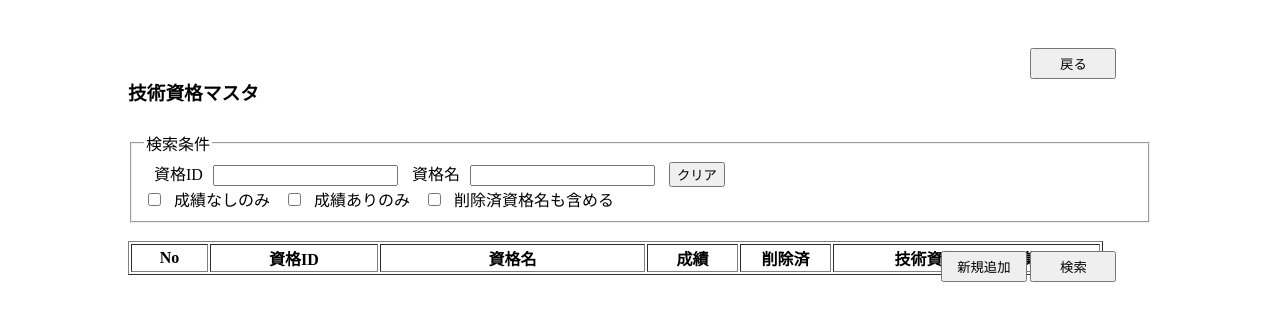
Repository: nguyenvantandev/WebApp
Page: http://localhost/EmployeeInfoSystem/SkillList.jsp
These files come from the project's save history. The page is drawn as it stood at one moment and after the next save; the edit follows.
The browser window is 1280 px wide. The pictures show the whole page.
Some web libraries are served in a nearby version. The page is served by Tomcat 9. Other server files are loaded and not shown.

Above is the page before, as saved 2016-06-06 05:53:59.
Console error: ReferenceError: skillList_load is not defined

### EmployeeInfoSystem/WebContent/SkillList.jsp
<%@ page language="java" contentType="text/html; charset=UTF-8"
	pageEncoding="UTF-8"%>
<%@taglib uri="http://java.sun.com/jsp/jstl/core" prefix="c"%>
<!DOCTYPE html PUBLIC "-//W3C//DTD HTML 4.01 Transitional//EN" "http://www.w3.org/TR/html4/loose.dtd">
<html>
<head>
<meta http-equiv="Content-Type" content="text/html; charset=UTF-8">
<link rel="stylesheet" type="text/css" href="css/SkillList.css">
<script type="text/javascript" src="js/SkillList.js"></script>
<script type="text/javascript"
	src="http://code.jquery.com/jquery-1.10.1.min.js"></script>
<title>技術資格マスタ一覧画面</title>
</head>
<body onload="skillList_load()">
	<form action="GijutsuShikakuMasterIchiran" method="post" id="SkillList"
		name="SkillList">
		<div>
			<input type="button" id="modoru" name="modoru" value="戻る"
				onclick="location.href='Menu.jsp'"><br>
			<h3>
				<b>技術資格マスタ</b>
			</h3>
			<fieldset>
				<legend>検索条件</legend>
				<label id="label_shikakuid">資格ID</label><input type="text"
					id="shikakuId" name="shikakuId" maxlength="6"
					style="ime-mode: disabled;"> <label id="label_shikakumei">資格名</label><input
					type="text" id="shikakumei" name="shikakumei" maxlength="80">
				<input type="button" id="kuria" name="kuria" value="クリア"
					onclick="kuria_click()"><br> <input type="checkbox"
					id="seisekinashi" name="seisekinashi"><label
					id="label_seisekinashi">成績なしのみ</label> <input type="checkbox"
					id="seisekiari" name="seisekiari"><label
					id="label_seisekiari">成績ありのみ</label> <input type="checkbox"
					id="sakujosumi" name="sakujosumi"><label
					id="label_sakujosumi">削除済資格名も含める</label>
			</fieldset>


			<input type="hidden" id="hidden_shikakuId" name="hidden_shikakuId"
				value="<%=request.getAttribute("hidden_shikakuId")%>"> <input
				type="hidden" id="hidden_shikakumei" name="hidden_shikakumei"
				value="<%=request.getAttribute("hidden_shikakumei")%>"> <input
				type="hidden" id="hidden_seisekinashi" name="hidden_seisekinashi"
				value="<%=request.getAttribute("hidden_seisekinashi")%>"> <input
				type="hidden" id="hidden_seisekiari" name="hidden_seisekiari"
				value="<%=request.getAttribute("hidden_seisekiari")%>"> <input
				type="hidden" id="hidden_sakujosumi" name="hidden_sakujosumi"
				value="<%=request.getAttribute("hidden_sakujosumi")%>"> <input
				type="button" id="shinkitsuika" name="shinkitsuika" value="新規追加"
				onclick="shinkitsuika_click()"> <input type="button"
				id="kensaku" name="kensaku" value="検索" onclick="kensaku_click()">
			<div id="list">
				<table id="table" border="1">
					<thead>
						<tr>
							<th style="width: 73px" align="center">No</th>
							<th style="width: 164px" align="center">資格ID</th>
							<th style="width: 261px" align="center">資格名</th>
							<th style="width: 87px" align="center">成績</th>
							<th style="width: 87px" align="center">削除済</th>
							<th style="width: 263px" align="center">技術資格マスタ編集</th>

						</tr>
					</thead>
					<tbody>
						<c:forEach var="row" items="${memberList}">
							<tr>
								<td style="width: 73px" align="center"><c:out
										value="${row.num}" /></td>
								<td style="width: 164px" align="center"><c:out
										value="${row.shikakuid}"></c:out></td>
								<td style="width: 261px" align="center"><c:out
										value="${row.shikakumei}"></c:out></td>
								<td style="width: 87px" align="center"><c:out
										value="${row.seiseki}"></c:out></td>
								<td style="width: 87px" align="center"><c:out
										value="${row.sakujosumi}"></c:out></td>
								<td style="width: 263px" align="center"><input
									type="button" id="henshu${row.num}" name="henshu"
									class="henshu" value="編集" onclick="hennshu_click(this)">
									<input type="button" id="sakujo${row.num}" name="sakujo"
									class="sakujo" value="削除" onclick="sakujo_click(this)">
								</td>
							</tr>
						</c:forEach>

					</tbody>
				</table>
			</div>
			<input type="hidden" id="actionName" name="actionName"> <input
				type="hidden" id="actionValue" name="actionValue"> <input
				type="hidden" id="errorMessage" name="errorMessage"
				value="<%=request.getAttribute("errorMessage")%>"> <input
				type="hidden" id="saikensaku" name="saikensaku"
				value="<%=request.getAttribute("saikensaku")%>">
		</div>
	</form>
</body>
</html>

### EmployeeInfoSystem/WebContent/css/SkillList.css
@CHARSET "UTF-8";

body{
	    margin-left: 10%;
    margin-right: 10%;
    margin-top: 3%;
    margin-bottom: 1%;
}
#modoru{
	width: 86px;
    height: 31px;
    margin-top: 10px;
    margin-right: 10px;
    margin-bottom: 10px;
    right: 12%;
	position: absolute;
}
#shinkitsuika{
	 width: 86px;
    height: 31px;
    margin-top: 10px;
    margin-right: 10px;
    margin-bottom: 10px;
    right: 19%;
	position: absolute;
}

#kensaku{
	width: 86px;
    height: 31px;
    margin-top: 10px;
    margin-right: 10px;
    margin-bottom: 10px;
    right: 12%;
	position: absolute;
}
h3{
	    margin-top: 22px;
    margin-bottom: 26px;
}
fieldset {
	margin-bottom: 18px;
}
label {
	margin-right: 10px;
	margin-left: 10px;
}
#shikakumei{
margin-right: 10px;
}

Loaded but not shown: EmployeeInfoSystem/WebContent/js/SkillList.js (no copy from this time; the picture is the same without it)

After the next save:
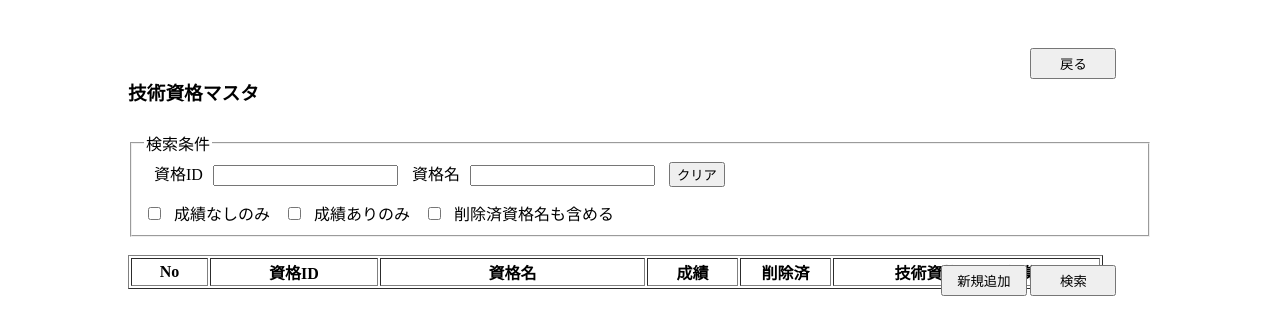
Saved 84 s later.
--- a/EmployeeInfoSystem/WebContent/css/SkillList.css
+++ b/EmployeeInfoSystem/WebContent/css/SkillList.css
@@ -47,4 +47,8 @@ label {
 }
 #shikakumei{
 margin-right: 10px;
+    margin-bottom: 15px;
 }
+#shikakuId{
+    margin-bottom: 15px;
+}
